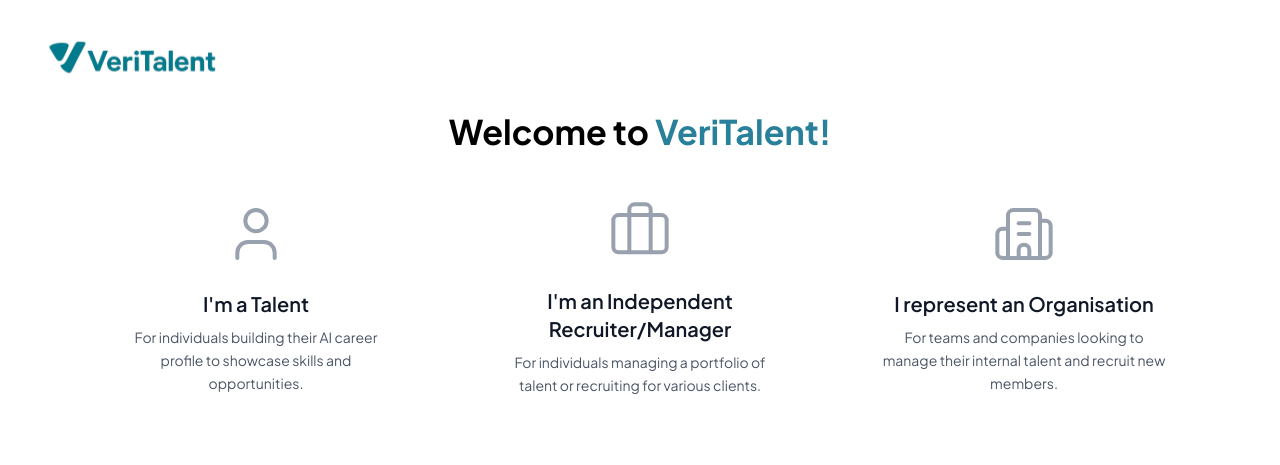
Repository: VeriTalent-Organization/VeriTalent
Page: /
An editor plug-in stored every save of this project. The page is shown before and after the next save, followed by the edit.
The browser window is 1280 px wide. The pictures show the whole page.
The project was rebuilt for these pictures with package versions that can differ from the ones it lists, and the page was loaded fresh each time. The framework's server and built-in components were replaced by stand-ins that run in the browser. Also part of the build but not shown: next.config.ts.

Above is the page before, as saved 2025-12-05 13:30:13.

After the next save:
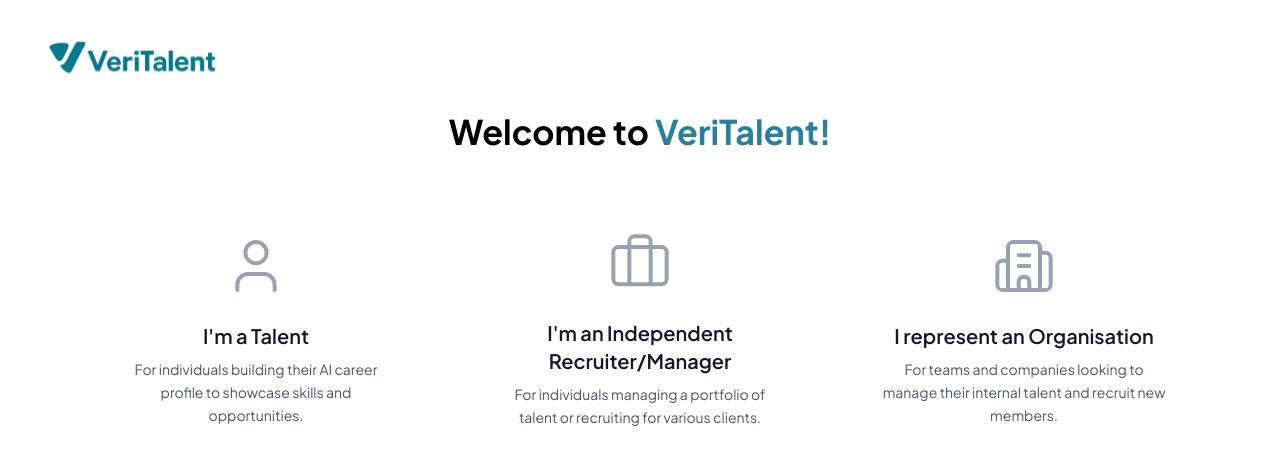
Saved 6 s later.
--- a/app/page.tsx
+++ b/app/page.tsx
@@ -14,7 +14,7 @@
       <div className='flex items-center py-6'>
         <Image height={200} width={200} alt='veritalent logo' src={Icons.veritalentLogo}/>
       </div>
-      <div className='flex items-center justify-center flex-col gap-4'>
+      <div className='flex items-center justify-center flex-col gap-12'>
         <Text as='h1' variant='Heading'>Welcome to <span className='text-brand-primary'>VeriTalent!</span></Text>
         <div className="grid grid-cols-1 md:grid-cols-3 gap-8 max-w-6xl mx-auto px-4">
       <UserTypeCard
